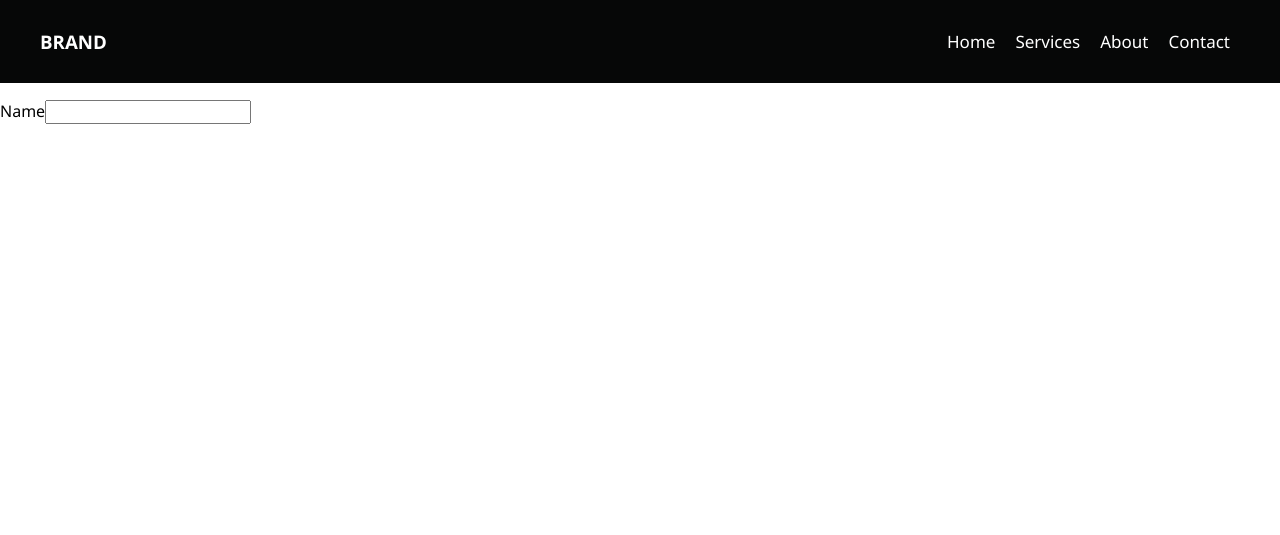
Repository: hemantsaini-7/React_Basics
Page: /contact (app in webreact/)
An editor plug-in stored every save of this project. The page is shown before and after a run of saves, followed by the edit.
The browser window is 1280 px wide. The pictures show the whole page.
The project was rebuilt for these pictures with package versions that can differ from the ones it lists, and the page was loaded fresh each time. Also part of the build but not shown: webreact/src/components/Common.js, webreact/src/components/Home.js, webreact/src/components/Card.js, webreact/src/components/Services.js, webreact/src/components/About.js.

Above is the page before, as saved 2020-11-03 16:25:41.

### webreact/src/App.js
import React,{Fragment} from 'react';
import {BrowserRouter as Router, Redirect} from 'react-router-dom';
import {Switch, Route} from 'react-router-dom';
import Nav from './components/Nav'
import Home from './components/Home'
import Services from './components/Services'
import About from './components/About'
import Contact from './components/Contact'
import './App.css';
function App() {
  return (
    <Fragment>
      <Router>
      <Nav />
       <Switch>
          <Route exact path="/" component={Home} />
          <Route exact path="/services" component={Services} />
          <Route exact path="/about" component={About} />
          <Route exact path="/contact" component={Contact} />
          <Redirect exact path="/" />
        </Switch>
      </Router>
    </Fragment>
  );
}

export default App;

### webreact/src/components/Nav.js
import React from 'react'
import { Link } from 'react-router-dom'

function Nav() {
    return (
        <nav>
            <a href="/"><h3>BRAND</h3></a>
            <ul className="links">
                <Link to="/"className="link-item"><li>Home</li></Link>
                <Link to="/services"className="link-item"><li>Services</li></Link>
                <Link to="/about"className="link-item"><li>About</li></Link>
                <Link to="/contact"className="link-item"><li>Contact</li></Link>
            </ul>
        </nav>
    )
}
export default Nav

### webreact/src/components/Contact.js
import React, { useState } from 'react'

function Contact() {
    const [fills, setFills]=useState({name: ''});

    const onChangeVal = (e) => {
        fills.name = setFills(e.target.value)
    }
    {console.log(fills.name)}


    // var {name,age,email,message}=values;
    return (
        <form>
            <div className="form-div">
                <label htmlFor="Name">Name</label>
                <input type="text" className="input-field" value={fills.name} name="name" onChange={e => onChangeVal(e)}/>
            </div>
            {/* <div className="form-div">
                <label htmlFor="Age">Age</label>
                <input type="text" className="input-field" value={age} name="age" />
            </div>
            <div className="form-div">
                <label htmlFor="Email">Email</label>
                <input type="text" className="input-field" value={email} name="email" />
            </div>
            <div className="form-div">
                <label htmlFor="message">message</label>
                <input type="text" className="input-field" value={message} name="message" />
            </div> */}
        </form>
    )
}

export default Contact

### webreact/src/App.css
* {
  box-sizing: border-box;
  margin: 0;
  font-family: "Segoe UI", Tahoma, Geneva, Verdana, sans-serif;
}
nav {
  background-color: rgb(6, 7, 7);
  display: flex;
  justify-content: space-between;
  align-items: center;
  padding: 20px 40px;
  position: fixed;
  top: 0;
  width: 100%;
}
a {
  text-decoration: none;
}
nav h3 {
  color: #fff;
}
.links {
  display: flex;
  list-style: none;
}
.link-item {
  margin: 10px;
  font-size: 17px;
  font-weight: 500;
  color: #fff;
}
.container {
  background-color: #ccc;
  display: grid;
  grid-template-columns: repeat(2, 1fr);
  margin: auto;
  padding: 40px;
  height: 100vh;
}
.left,
.right {
  display: flex;
  flex-direction: column;
  align-items: center;
  justify-content: center;
}
.right img {
  height: 300px;
  width: 300px;
}
.s-container {
  display: grid;
  grid-template-columns: repeat(3, 1fr);
  grid-gap: 40px;
  margin: 150px 200px;
}
.card {
  background-color: #000;
  display: flex;
  flex-direction: column;
  align-items: center;
  justify-content: center;
  padding: 20px 50px;
}
.card img {
  width: 200px;
}
.card h2 {
  color: #fff;
  margin-bottom: 20px;
}
.card p {
  color: #fff;
  text-align: center;
  margin-top: 10px;
}
.card a {
  color: #000;
  background-color: #fff;
  margin-top: 20px;
  padding: 7px 20px;
}
.form-div {
  margin-top: 100px;
}

Loaded but not shown: webreact/public/index.html (common file); webreact/src/index.js (common file)

After the next 4 saves:
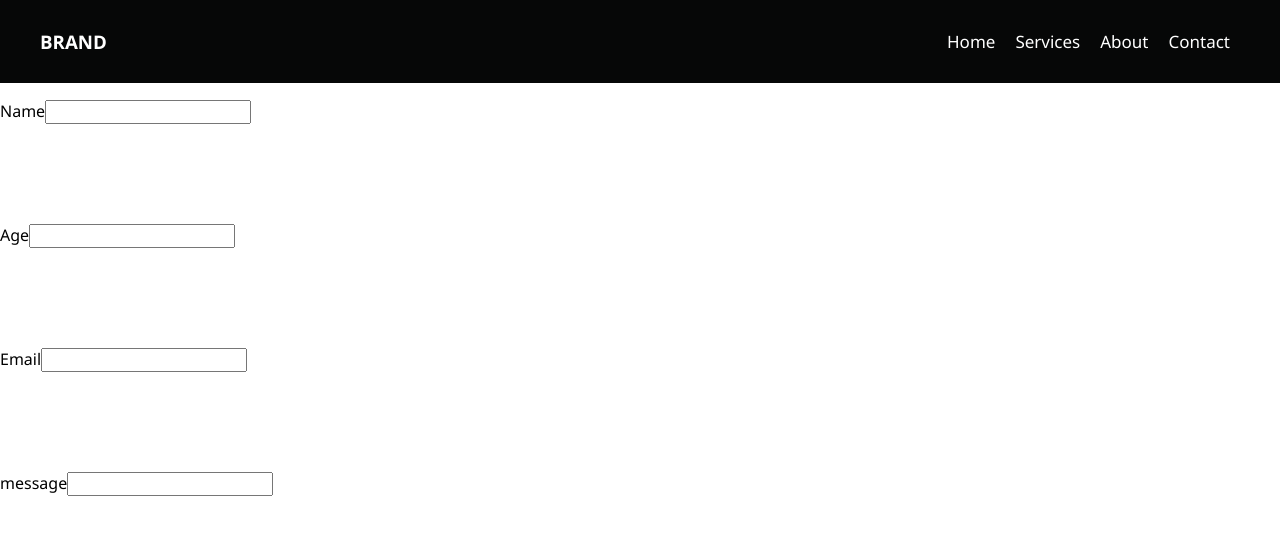
The 4 saves are shown as one change because 3 did not build or start.
The last was saved 3 h 32 min later.
--- a/webreact/src/components/Contact.js
+++ b/webreact/src/components/Contact.js
@@ -1,33 +1,37 @@
 import React, { useState } from 'react'
 
 function Contact() {
-    const [fills, setFills]=useState({name: ''});
+    const [data, setData]=useState({
+        name: "",
+        email:"",
+        age:"",
+        msg:"",
+    });
 
-    const onChangeVal = (e) => {
-        fills.name = setFills(e.target.value)
+    var {name,age,email,message}=data;
+
+    const InputEvent =(e) =>{
+        setData({[e.target.name]:e.target.value});
     }
-    {console.log(fills.name)}
 
-
-    // var {name,age,email,message}=values;
     return (
         <form>
             <div className="form-div">
                 <label htmlFor="Name">Name</label>
-                <input type="text" className="input-field" value={fills.name} name="name" onChange={e => onChangeVal(e)}/>
+                <input type="text" className="input-field" value={name} name="name" onChange={InputEvent}/>
             </div>
-            {/* <div className="form-div">
+            <div className="form-div">
                 <label htmlFor="Age">Age</label>
-                <input type="text" className="input-field" value={age} name="age" />
+                <input type="text" className="input-field" value={age} name="age" onChange={InputEvent} />
             </div>
             <div className="form-div">
                 <label htmlFor="Email">Email</label>
-                <input type="text" className="input-field" value={email} name="email" />
+                <input type="text" className="input-field" value={email} name="email" onChange={InputEvent} />
             </div>
             <div className="form-div">
                 <label htmlFor="message">message</label>
-                <input type="text" className="input-field" value={message} name="message" />
-            </div> */}
+                <input type="text" className="input-field" value={message} name="message" onChange={InputEvent} />
+            </div>
         </form>
     )
 }
